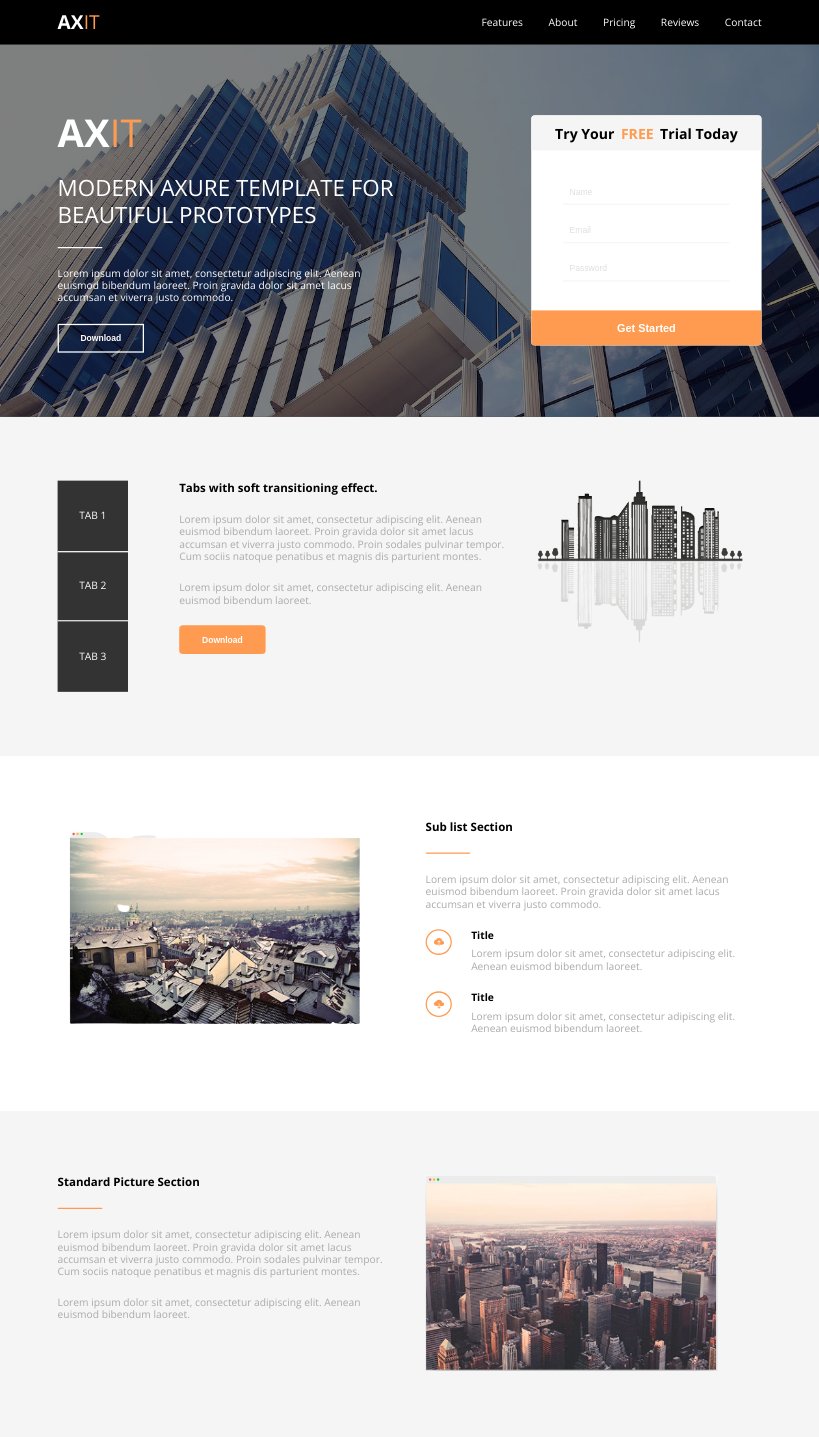
Repository: dinhtri123/axureThems
Page: index.html
An editor plug-in stored every save of this project. The page is shown before and after a run of saves, followed by the edit.
The browser window is 1280 px wide. The pictures show the whole page, at 64% of full size.

Above is the page before, as saved 2023-02-11 16:20:42.

After the next 2 saves:
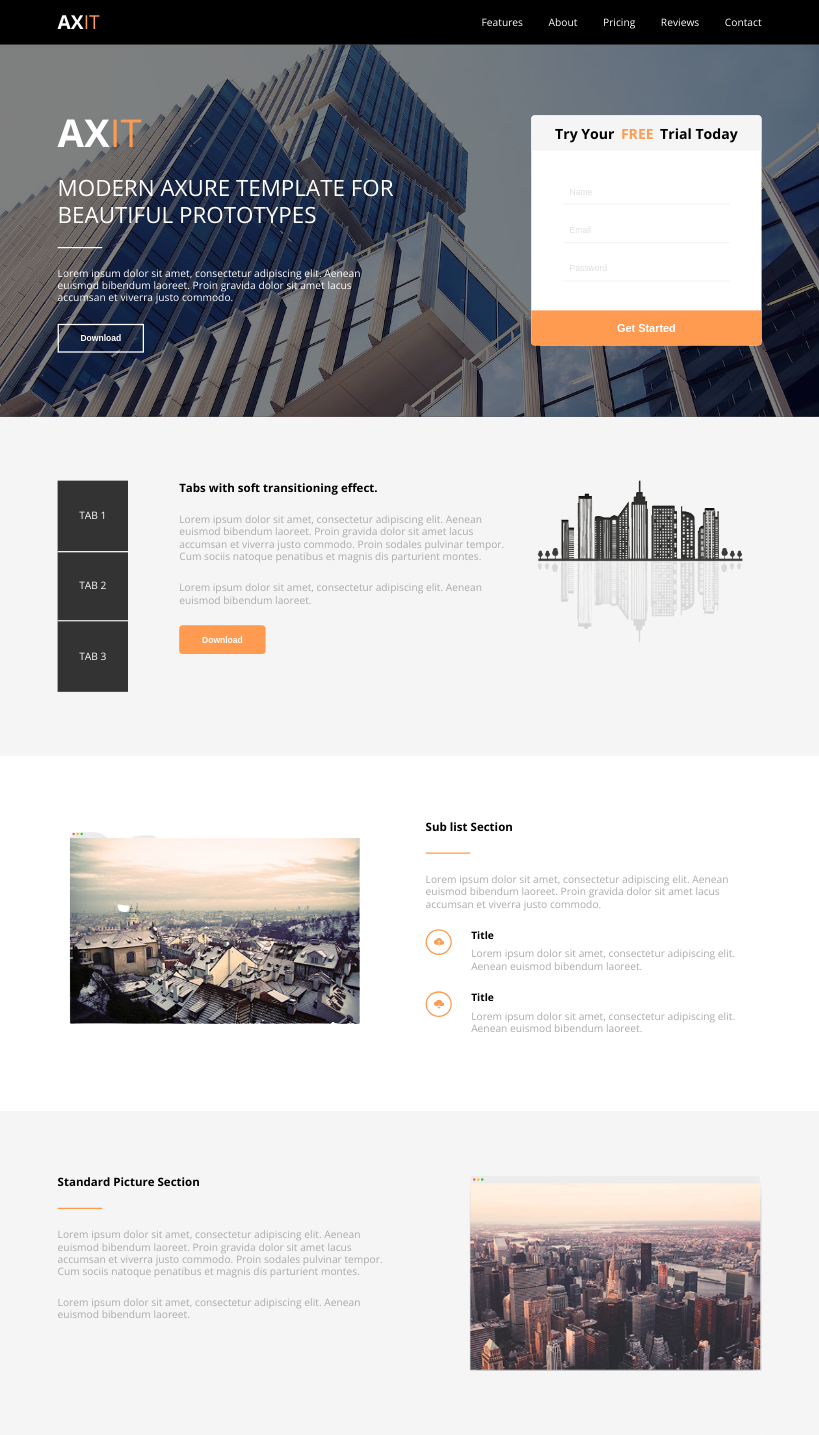
The 2 saves are shown as one change because they came seconds apart.
The last was saved 26 s later.
--- a/style.css
+++ b/style.css
@@ -323,3 +323,8 @@ h3 {
 .sectionLeft p {
   color: var(--bg-text);
 }
+.sectionRight{
+    display:flex;
+    justify-content: end;
+
+}
